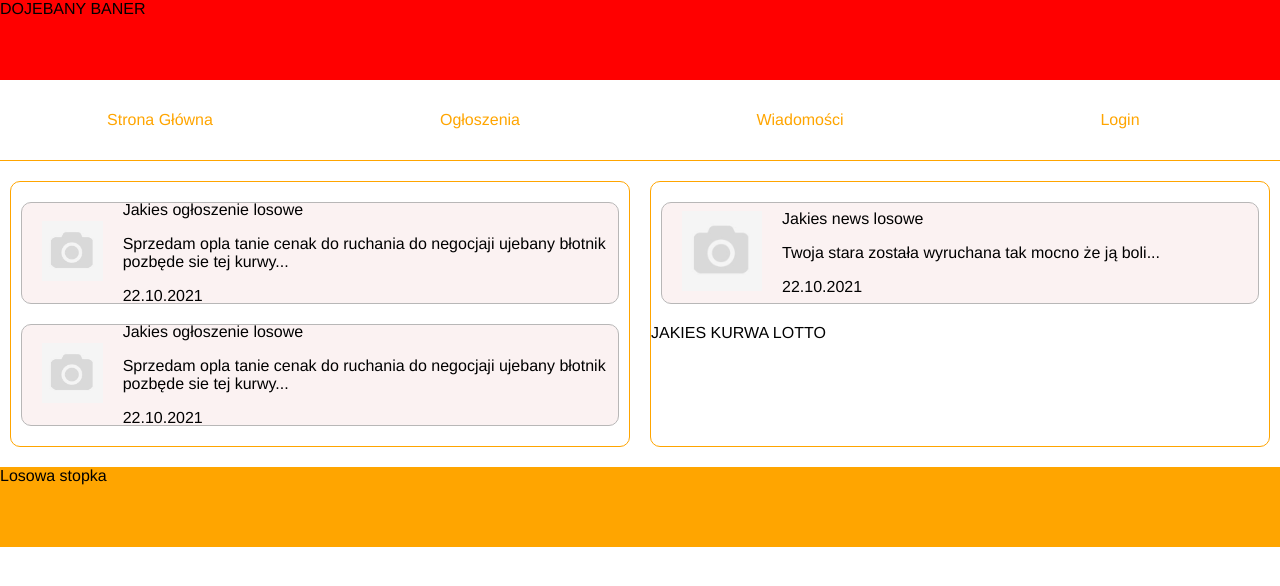
Repository: PatrykStawik/projectppz
Page: /
These files come from the project's save history. The page is drawn as it stood at one moment and after a run of saves; the edit follows.
The browser window is 1280 px wide. The pictures show the whole page.
The project was rebuilt for these pictures with package versions that can differ from the ones it lists, and the page was loaded fresh each time. The framework's server and built-in components were replaced by stand-ins that run in the browser.

Above is the page before, as saved 2021-05-22 14:09:43.

After the next 2 saves:
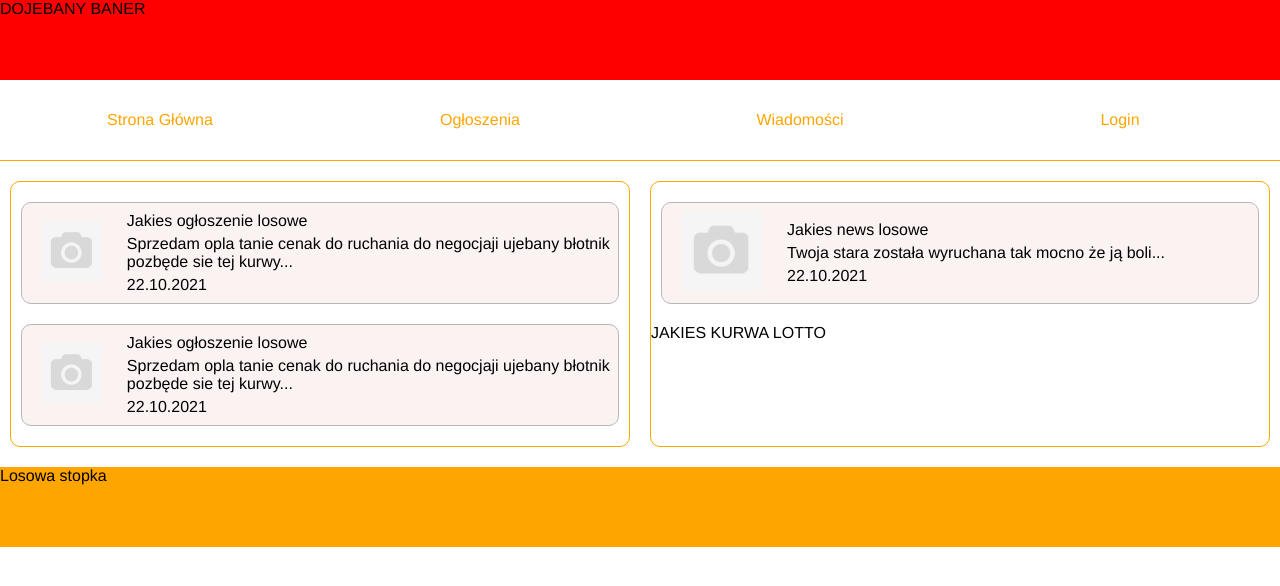
The 2 saves are shown as one change because they came seconds apart.
The last was saved 9 s later.
--- a/components/common/Bar/Bar.tsx
+++ b/components/common/Bar/Bar.tsx
@@ -24,7 +24,7 @@ const Wrapper = styled.div`
   .body{
     margin-left: 20px;
     p{
-      color: margin:
+      margin: 5px;
     }
   }
 `;
